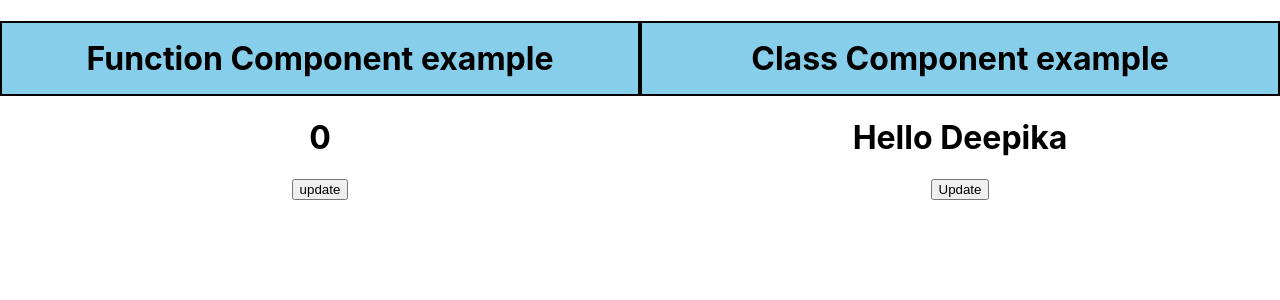
Repository: DeepikaSuretek/React
Page: / (app in practice-app/)
The author's editor kept a copy of each file at every save. The page is drawn from the files as they stood at one save, then again after a run of saves.
The browser window is 1280 px wide. The pictures show the whole page.
The project was rebuilt for these pictures with package versions that can differ from the ones it lists, and the page was loaded fresh each time.

Above is the page before, as saved 2024-07-08 19:53:20.

### practice-app/src/App.js
import './App.css';
import User from './class-component/class';
import Fun from './functional-component/function'

function App() {
  return (
    <div className="App" style={{display: "inline-flex",
      width: "100%"}}>
      <div style={{width:"50%"}}>
        <h1 style={{"background-color": "skyblue","padding": "16px","border": "2px solid"}}>Function Component example</h1>
        <Fun name="Deepika" />
      </div>
      <div style={{width:"50%"}}>
        <h1 style={{"background-color": "skyblue","padding": "16px","border": "2px solid"}}>Class Component example</h1>
        <User></User>
        </div>

    </div>
  );
}

export default App;

### practice-app/src/App.css
.App {
  text-align: center;
}

.App-logo {
  height: 40vmin;
  pointer-events: none;
}

@media (prefers-reduced-motion: no-preference) {
  .App-logo {
    animation: App-logo-spin infinite 20s linear;
  }
}

.App-header {
  background-color: #282c34;
  min-height: 100vh;
  display: flex;
  flex-direction: column;
  align-items: center;
  justify-content: center;
  font-size: calc(10px + 2vmin);
  color: white;
}

.App-link {
  color: #61dafb;
}

@keyframes App-logo-spin {
  from {
    transform: rotate(0deg);
  }
  to {
    transform: rotate(360deg);
  }
}

.loader{
  height: 100px;
  width: 100px;
  border: 8px solid;
  border-color: black black black red;
  border-radius: 50%;
  animation: App-logo-spin 2s linear infinite;
}

### practice-app/src/class-component/class.js
import { Component } from "react"

class User extends Component{
    constructor(){
        super();
        this.state = {
            data:'Deepika'
        }
    }

    changeData(){
        this.setState({data:"changes"});
    }
    render(){
        return(
           <div><h1>Hello {this.state.data}</h1>
           <button onClick={()=>this.changeData()}>Update</button>
           </div>

        )
    }
}

export default User;

### practice-app/src/functional-component/function.js
import { useState } from "react";

function Fun() {
    const [count,setCount] = useState(0);
    function updateCount(){
       setCount(count+1);
    }
    return(
        <div>
            <h1>{count} </h1>
            <h2>{}</h2>
            <button onClick={updateCount}>update</button>
        </div>

    )
}

export default Fun;

Loaded but not shown: practice-app/public/index.html (common file); practice-app/src/index.js (common file); practice-app/src/index.css (common file); practice-app/src/reportWebVitals.js (common file)

After the next 2 saves:
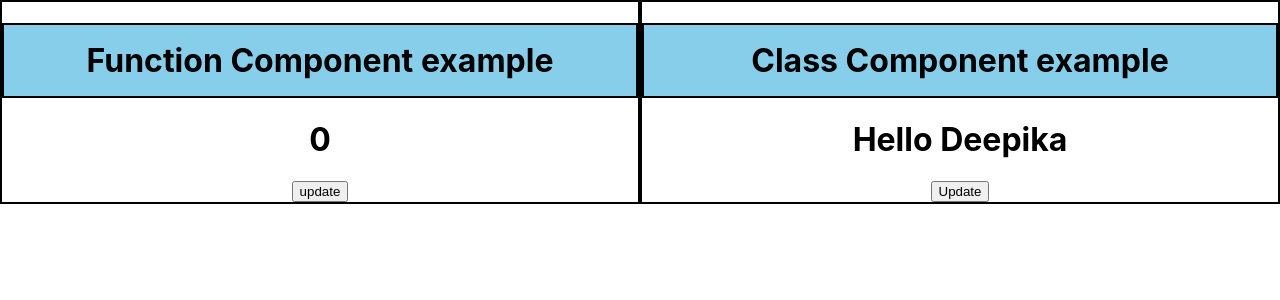
The 2 saves are shown as one change because they came seconds apart.
The last was saved 67 s later.
--- a/practice-app/src/App.js
+++ b/practice-app/src/App.js
@@ -6,11 +6,11 @@ function App() {
   return (
     <div className="App" style={{display: "inline-flex",
       width: "100%"}}>
-      <div style={{width:"50%"}}>
+      <div style={{width:"50%",border: "2px solid"}}>
         <h1 style={{"background-color": "skyblue","padding": "16px","border": "2px solid"}}>Function Component example</h1>
         <Fun name="Deepika" />
       </div>
-      <div style={{width:"50%"}}>
+      <div style={{width:"50%",border: "2px solid"}}>
         <h1 style={{"background-color": "skyblue","padding": "16px","border": "2px solid"}}>Class Component example</h1>
         <User></User>
         </div>
